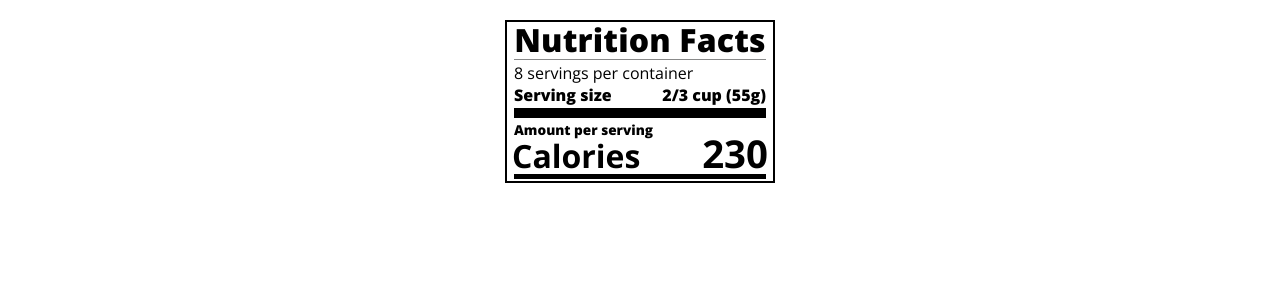
Repository: AimenDje/NutritionLabel
Page: index.html
These files come from the project's save history. The page is drawn as it stood at one moment and after the next save; the edit follows.
The browser window is 1280 px wide. The pictures show the whole page.

Above is the page before, as saved 2025-08-30 22:32:54.

After the next save:
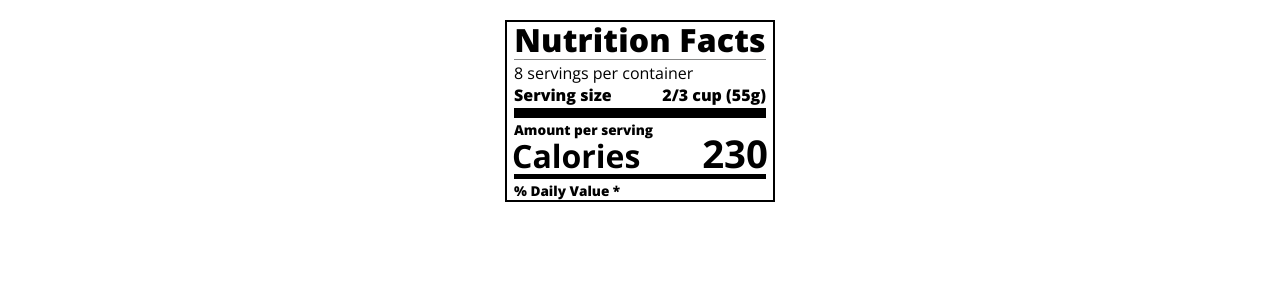
Saved 3 min 0 s later.
--- a/index.html
+++ b/index.html
@@ -26,6 +26,9 @@
       <span> 230 </span>
     </div>
     <div class="divider medium"></div>
+    <div class="daily-value small-text">
+       <p class="bold right">% Daily Value *</p>
+    </div>
   </div>
   </div>
 </body>
